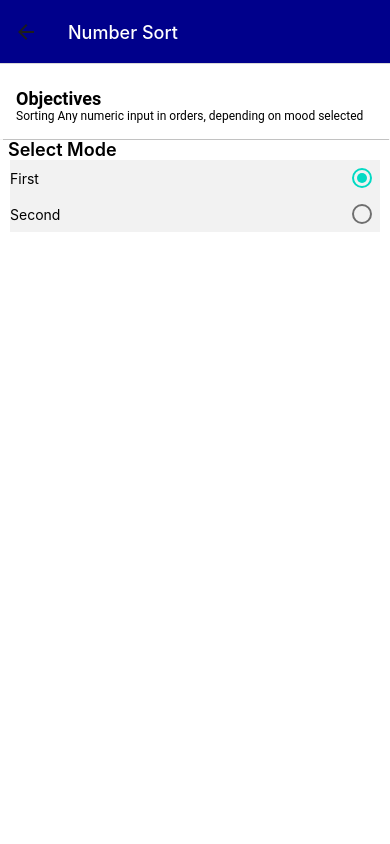
Repository: seyicoded/rn-crazy-algorithm-app
Screen: /Sort_simple_number
These files come from the project's save history. The screen is drawn as it stood at one moment and after the next save; the edit follows.
The app was drawn by React Native's web renderer in a window 390 px wide. The project was rebuilt for these pictures with package versions that can differ from the ones it lists, and the page was loaded fresh each time. Also part of the build but not shown: src/screens/sort.js, src/screens/filter.js, src/screens/advance.js, src/screens/sorts/Sort_alphabet.js.

Above is the screen before, as saved 2022-03-30 17:47:01.

After the next save:
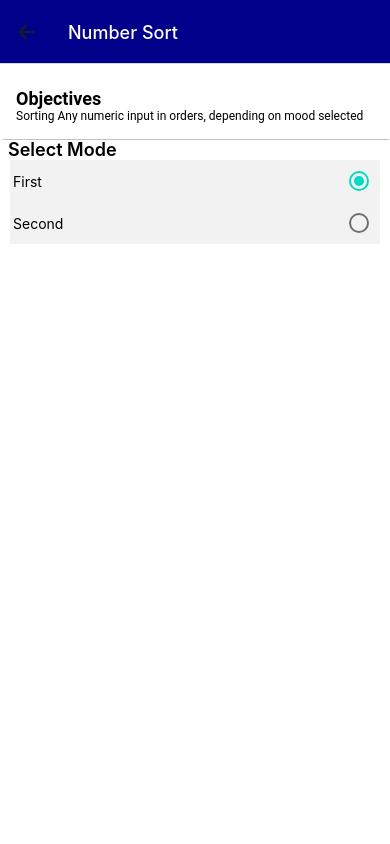
Saved 17 s later.
--- a/src/screens/sorts/Sort_simple_number.js
+++ b/src/screens/sorts/Sort_simple_number.js
@@ -55,5 +55,6 @@ const styles = StyleSheet.create({
         alignItems: 'center',
         marginHorizontal: 10,
         backgroundColor: 'rgba(0, 0, 0, 0.05)',
+        padding: 3,
     }
 })
